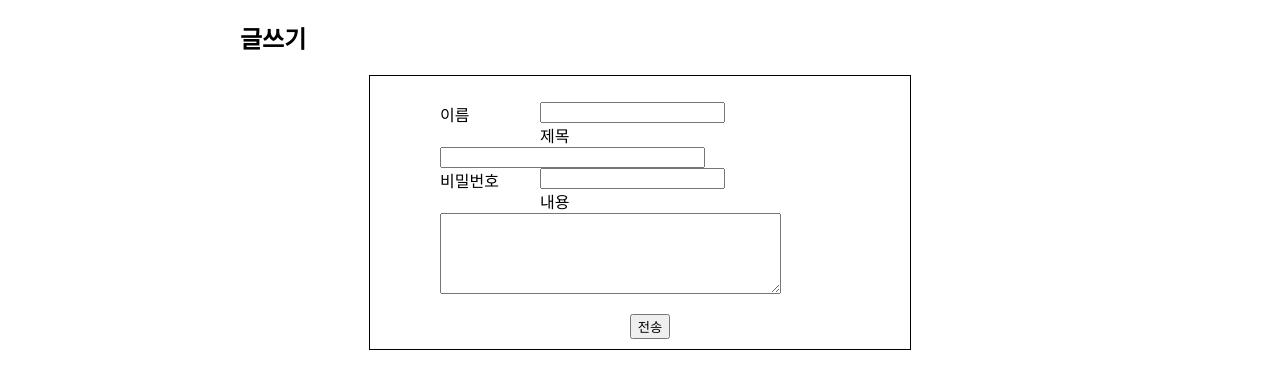
Repository: yuntaekOhO/SY_Academy_Study
Page: http://localhost/ch03-JSP/ch09-jdbc/s03_insertTestForm.jsp
An editor plug-in stored every save of this project. The page is shown before and after the next save, followed by the edit.
The browser window is 1280 px wide. The pictures show the whole page.
The page is served by Tomcat 9.

Above is the page before, as saved 2022-06-29 02:41:39.

After the next save:
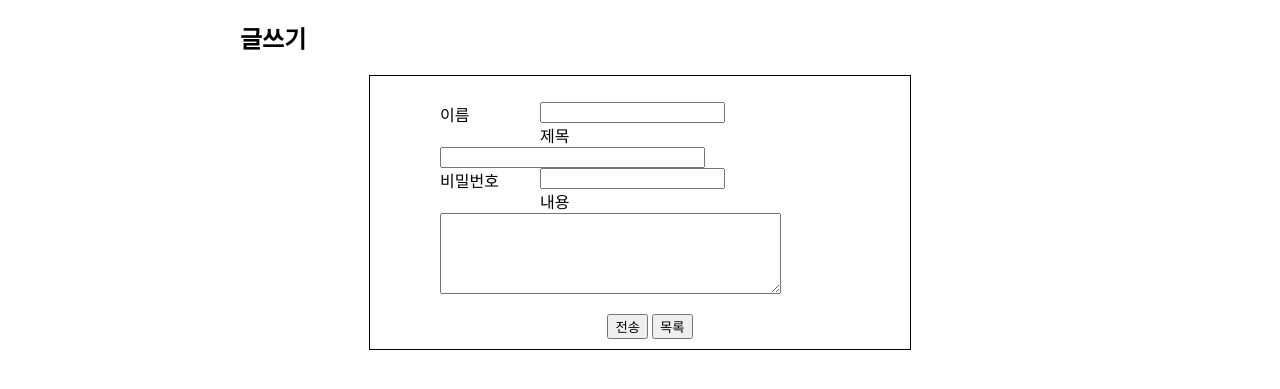
Saved 113 s later.
--- a/workspace_jsp/ch03-JSP/src/main/webapp/ch09-jdbc/s03_insertTestForm.jsp
+++ b/workspace_jsp/ch03-JSP/src/main/webapp/ch09-jdbc/s03_insertTestForm.jsp
@@ -31,6 +31,7 @@
 		</ul>
 		<div class="align-center">
 			<input type="submit" value="전송">
+			<input type="button" value="목록" onclick="location.href='s02_selectTest.jsp'">
 		</div>
 	</form>
 </div>
